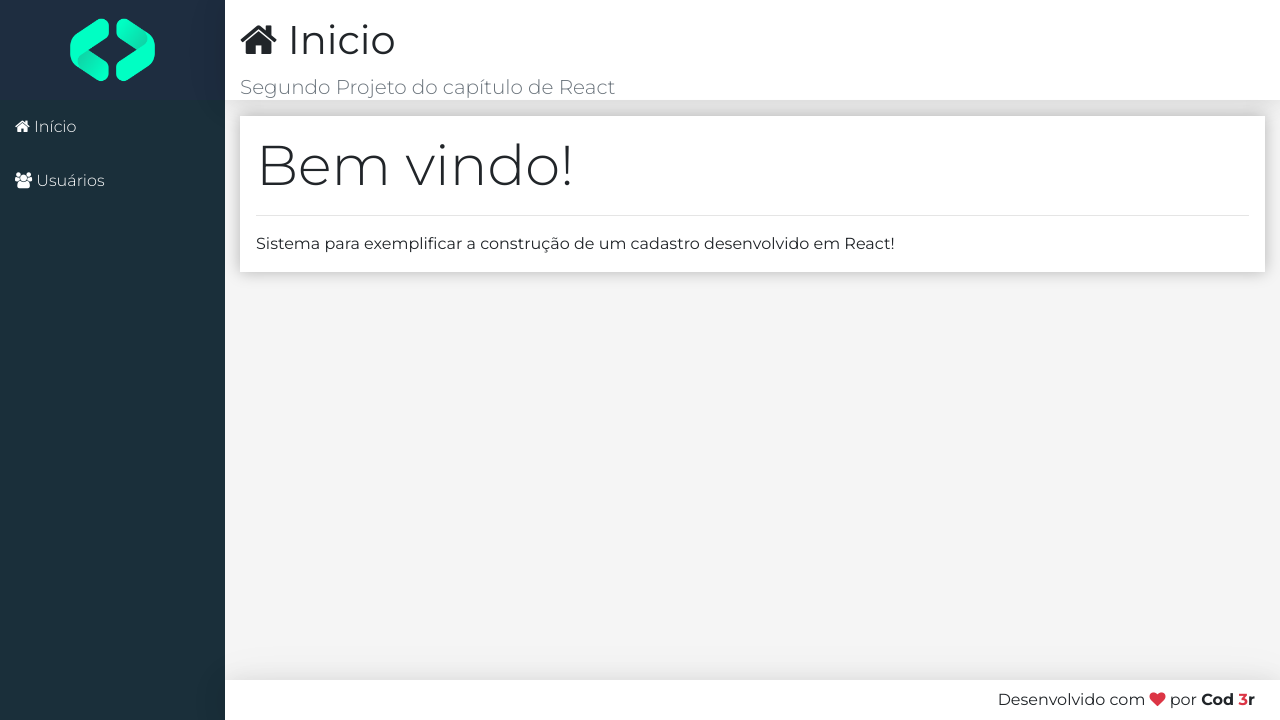
Repository: eversonps/projeto-cadastro-usuarios-firebase
Page: /users (app in frontend/)
These files come from the project's save history. The page is drawn as it stood at one moment and after the next save; the edit follows.
The browser window is 1280 px wide. The pictures show the whole page.
The project was rebuilt for these pictures with package versions that can differ from the ones it lists, and the page was loaded fresh each time.

Above is the page before, as saved 2022-03-22 13:40:27.

After the next save:
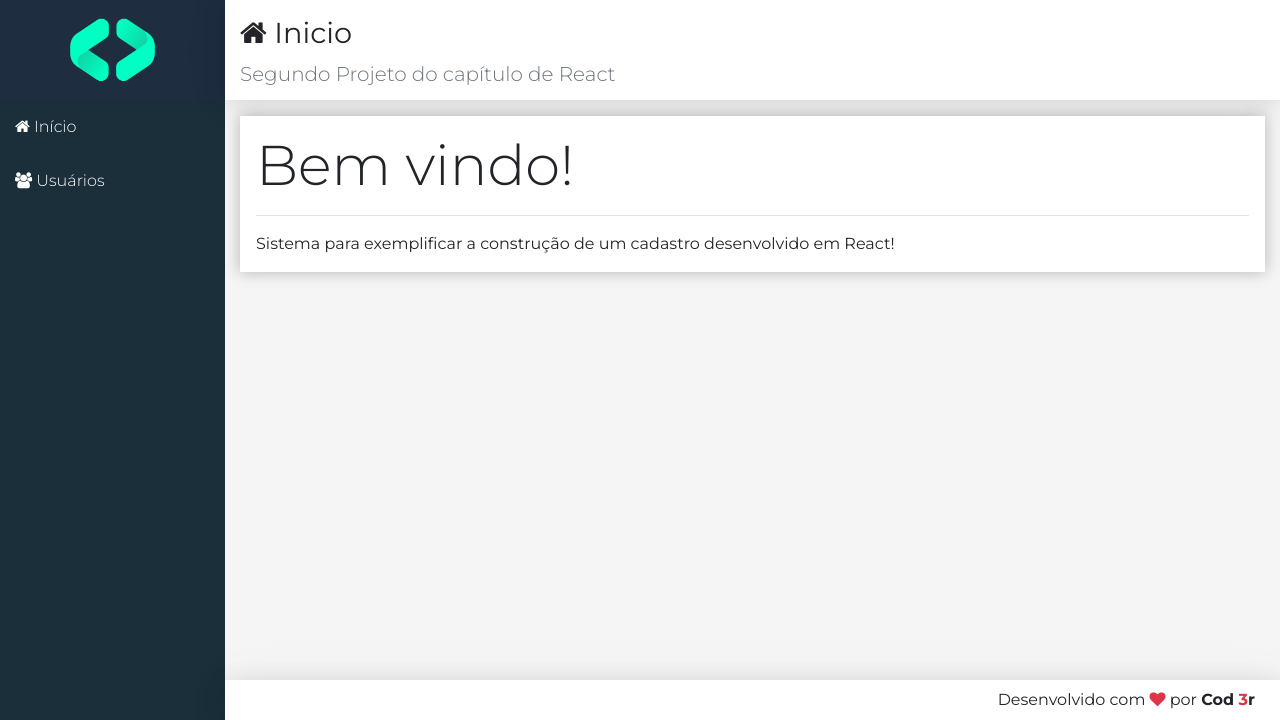
Saved 31 s later.
--- a/frontend/src/components/template/header.css
+++ b/frontend/src/components/template/header.css
@@ -6,6 +6,6 @@ header.header{
     box-shadow: var(--shadow);
 }
 
-header.header{
+header.header h1{
     font-size: 1.8em;
 }
